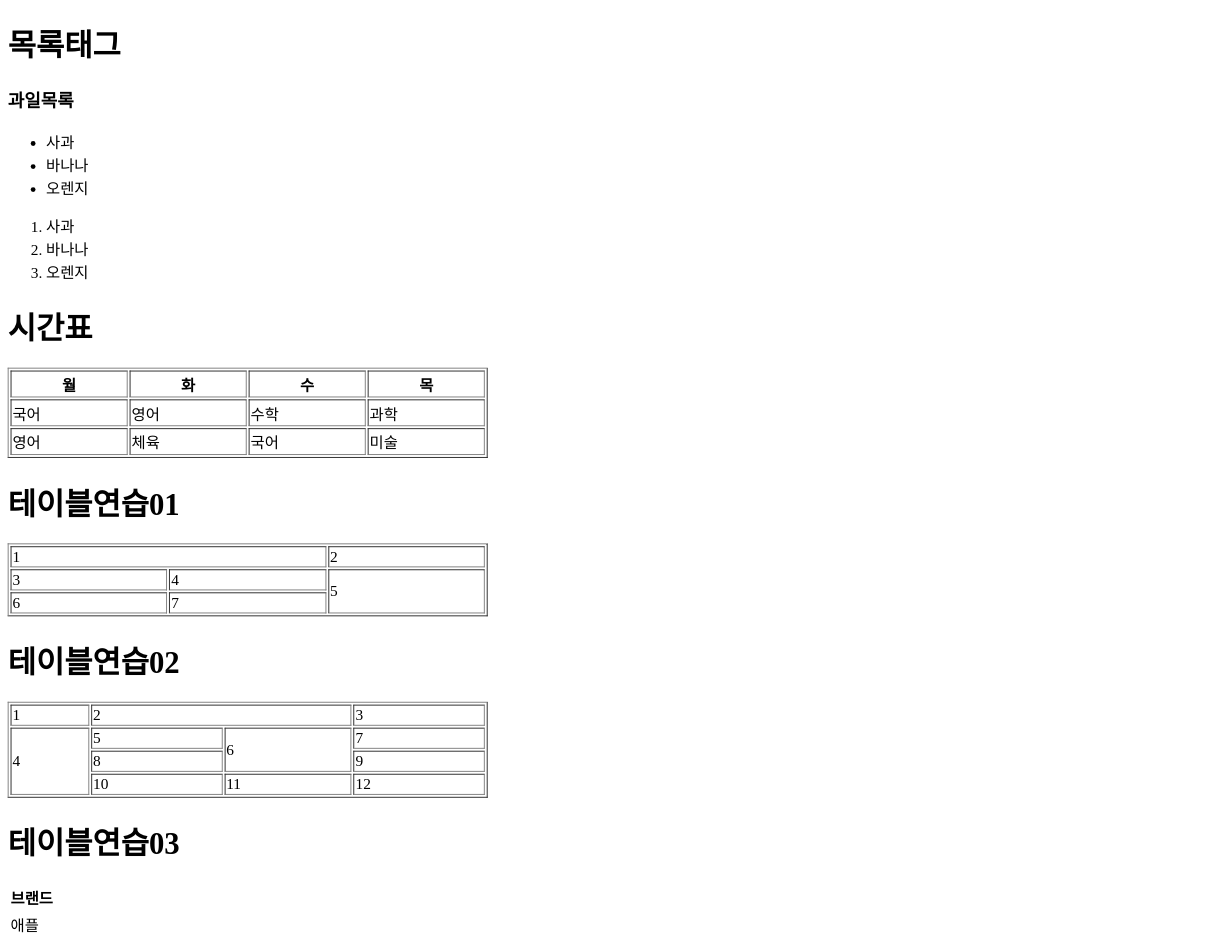
Repository: kmg8138/html
Page: 2020.04.06/ex0406/WebContent/ex04.html
An editor plug-in stored every save of this project. The page is shown before and after the next save, followed by the edit.
The browser window is 1280 px wide. The pictures show the whole page, at 96% of full size.

Above is the page before, as saved 2020-04-06 05:23:12.

After the next save:
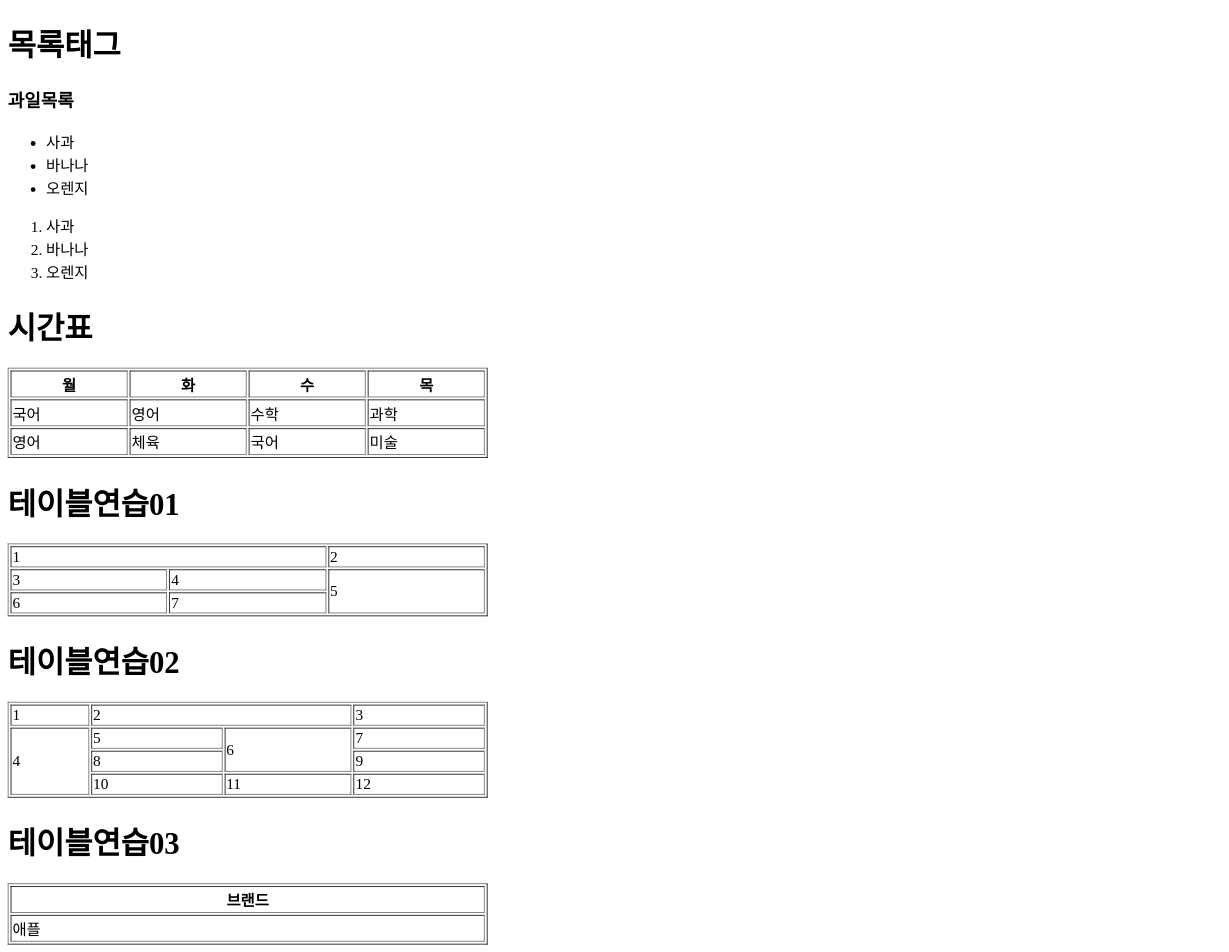
Saved 17 s later.
--- a/2020.04.06/ex0406/WebContent/ex04.html
+++ b/2020.04.06/ex0406/WebContent/ex04.html
@@ -80,8 +80,8 @@
 		</tr>
 	</table>
 	<h1>테이블연습03</h1>
-	<table>
-		<tr border=1 width=1000>
+	<table border=1 width=500>
+		<tr>
 			<th colspan=6>브랜드</th>
 		</tr>
 		<tr>
